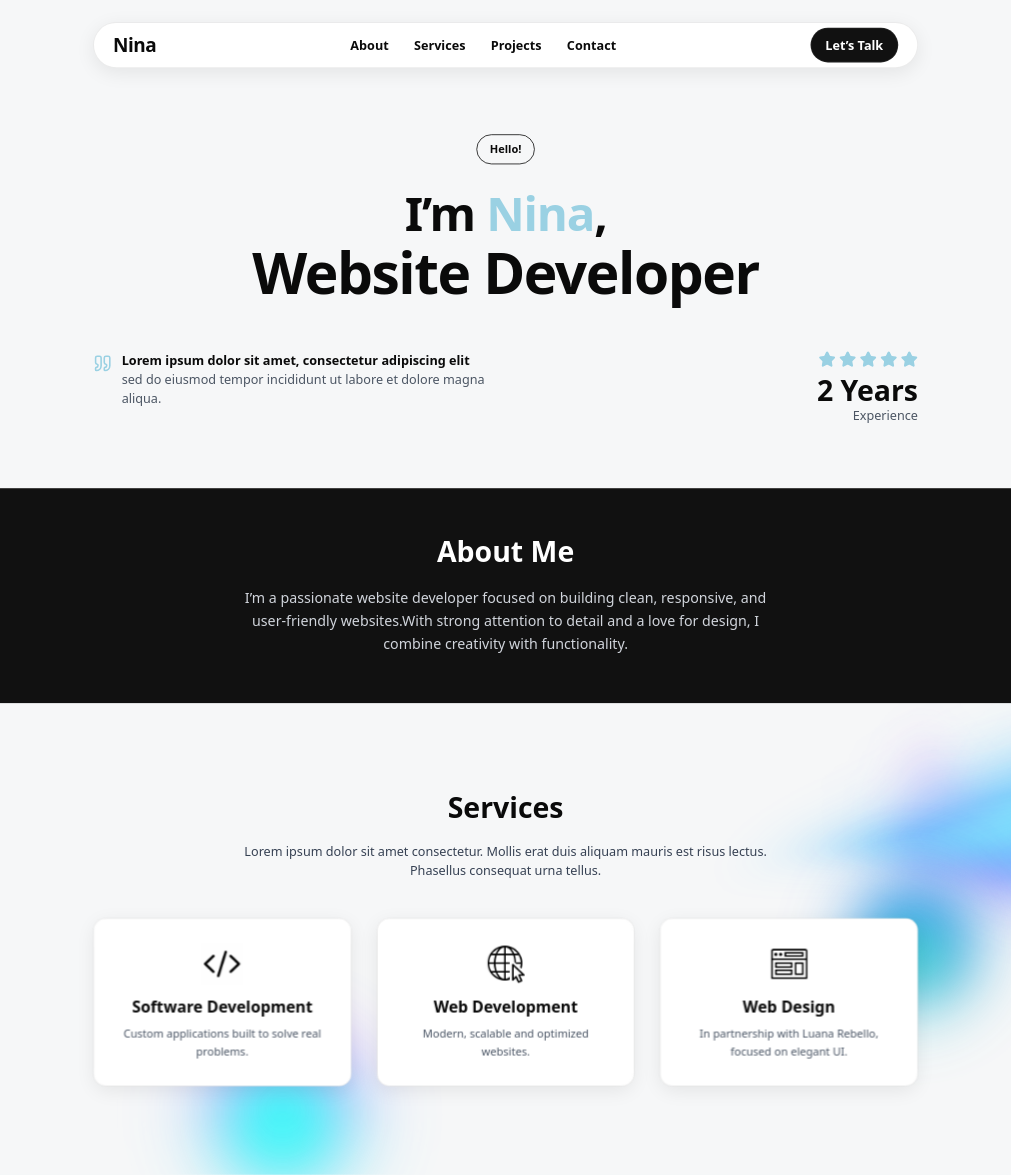
Repository: nina-rebello/portfolio
Page: /
These files come from the project's save history. The page is drawn as it stood at one moment and after the next save; the edit follows.
The browser window is 1280 px wide. The pictures show the whole page, at 79% of full size.
The project was rebuilt for these pictures with package versions that can differ from the ones it lists, and the page was loaded fresh each time. The framework's server and built-in components were replaced by stand-ins that run in the browser. Also part of the build but not shown: next.config.ts.

Above is the page before, as saved 2025-09-11 16:00:37.

After the next save:
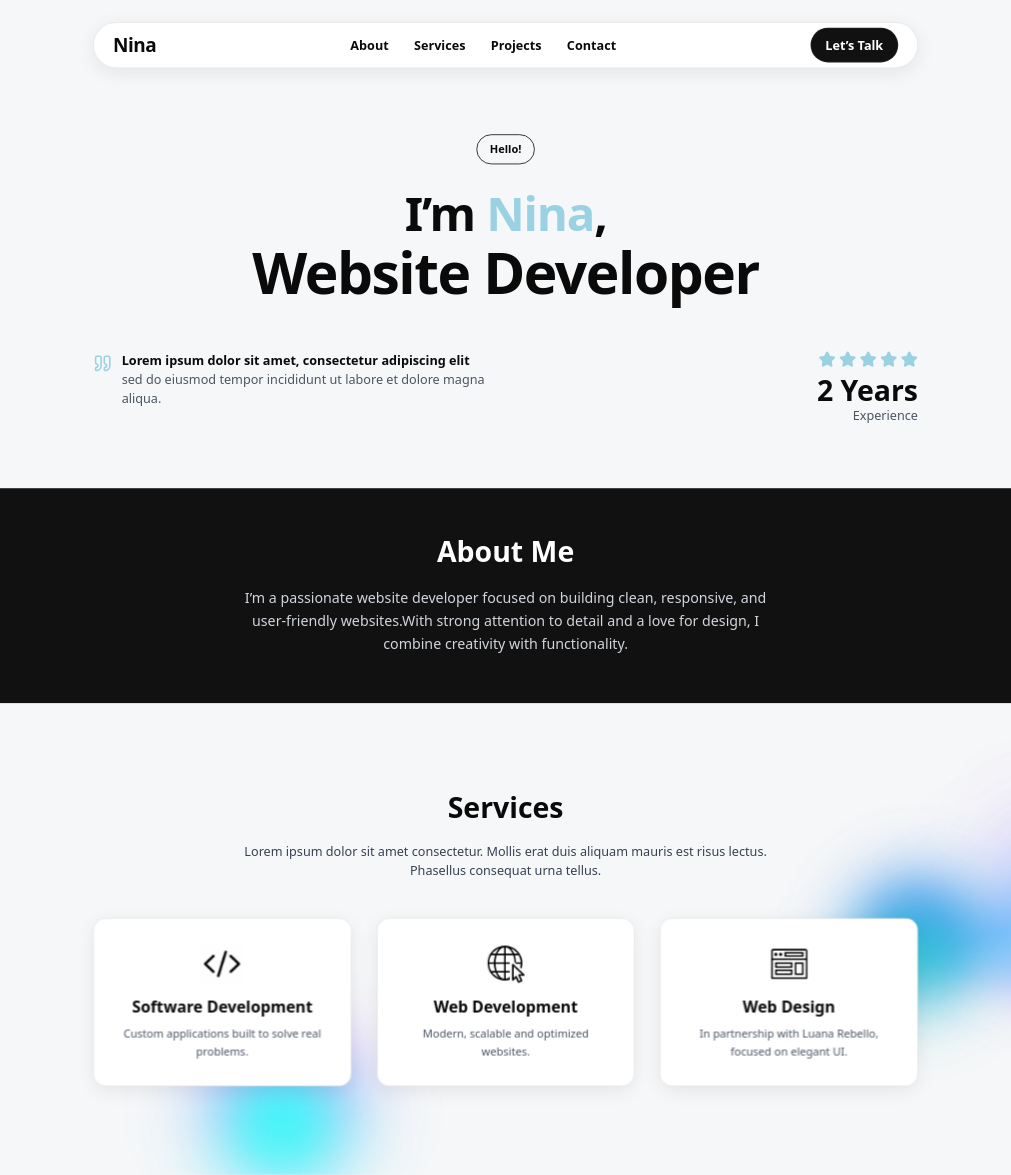
Saved 4 s later.
--- a/components/sections/Services.tsx
+++ b/components/sections/Services.tsx
@@ -28,7 +28,7 @@ export default function Services() {
           alt=""
           width={1400}
           height={1000}
-          className="absolute -top-32 left-220 w-[900px] opacity-80"
+          className="absolute -top-32 left-220 w-[1900px] opacity-80"
           priority
         />
         <Image
